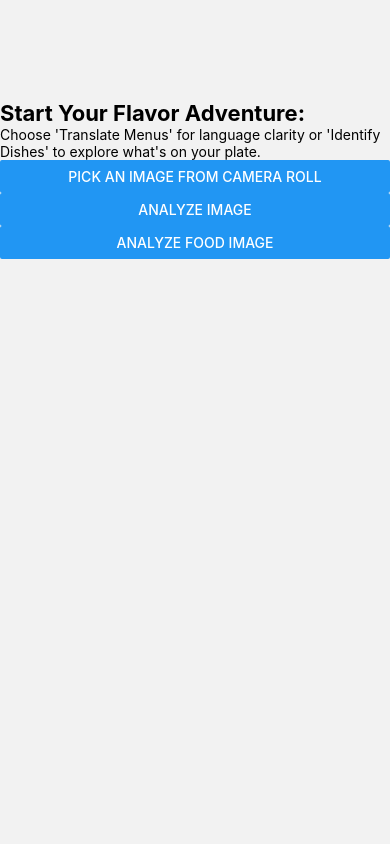
Repository: djdjdallas/taste-without-borders
Screen: /Home
These files come from the project's save history. The screen is drawn as it stood at one moment and after the next save; the edit follows.
The app was drawn by React Native's web renderer in a window 390 px wide. The project was rebuilt for these pictures with package versions that can differ from the ones it lists, and the page was loaded fresh each time.

Above is the screen before, as saved 2023-12-26 19:59:16.

After the next save:
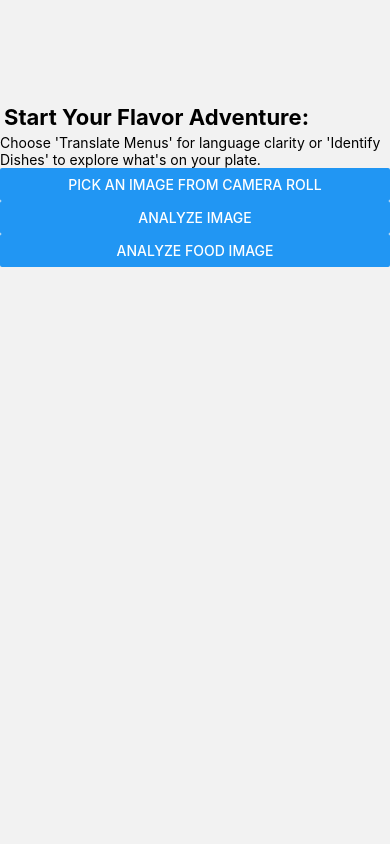
Saved 27 s later.
--- a/HomeScreen.js
+++ b/HomeScreen.js
@@ -155,7 +155,14 @@
   return (
     <View style={{ marginTop: 100 }}>
       <View>
-        <Text style={{ fontSize: 22, fontWeight: "bold", textAlign: "left" }}>
+        <Text
+          style={{
+            fontSize: 22,
+            fontWeight: "bold",
+            textAlign: "left",
+            padding: 4,
+          }}
+        >
           Start Your Flavor Adventure:
         </Text>
         <Text>

After the save that followed:
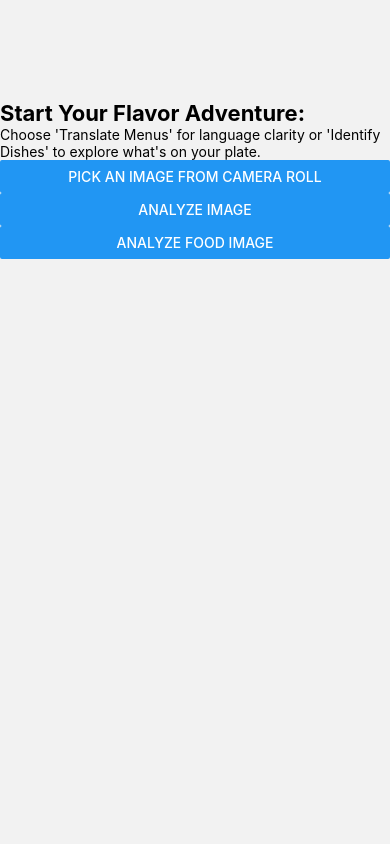
Saved 34 s later.
--- a/HomeScreen.js
+++ b/HomeScreen.js
@@ -154,13 +154,12 @@
 
   return (
     <View style={{ marginTop: 100 }}>
-      <View>
+      <View style={{ textAlign: "left" }}>
         <Text
           style={{
             fontSize: 22,
             fontWeight: "bold",
             textAlign: "left",
-            padding: 4,
           }}
         >
           Start Your Flavor Adventure:
